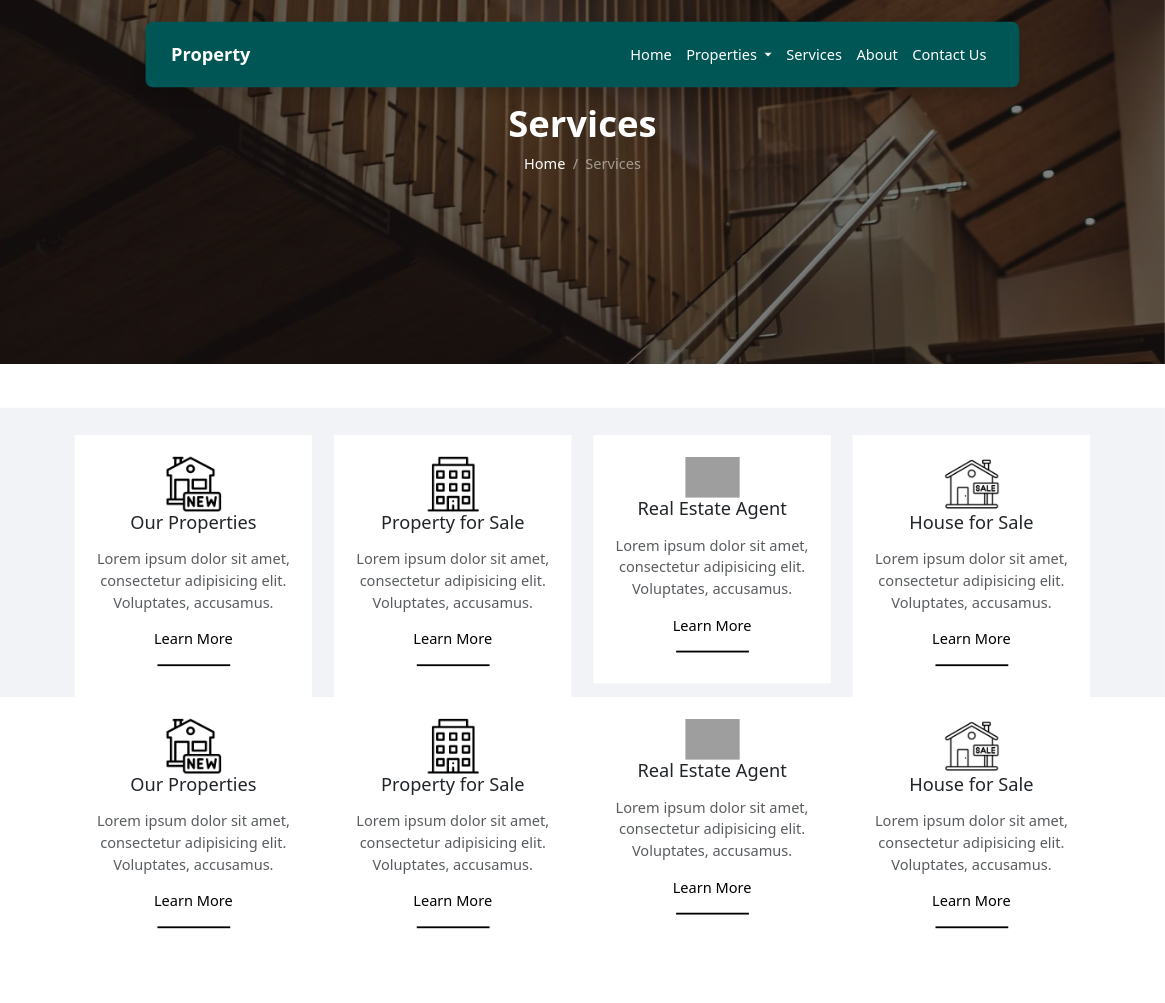
Repository: sameerrrrkhan911-git/Property
Page: service.html
An editor plug-in stored every save of this project. The page is shown before and after a run of saves, followed by the edit.
The browser window is 1280 px wide. The pictures show the whole page, at 91% of full size.
Pictures or frames that could not be fetched are drawn as grey boxes. Some web libraries are served in a nearby version.

Above is the page before, as saved 2025-09-28 16:39:06.

After the next 2 saves:
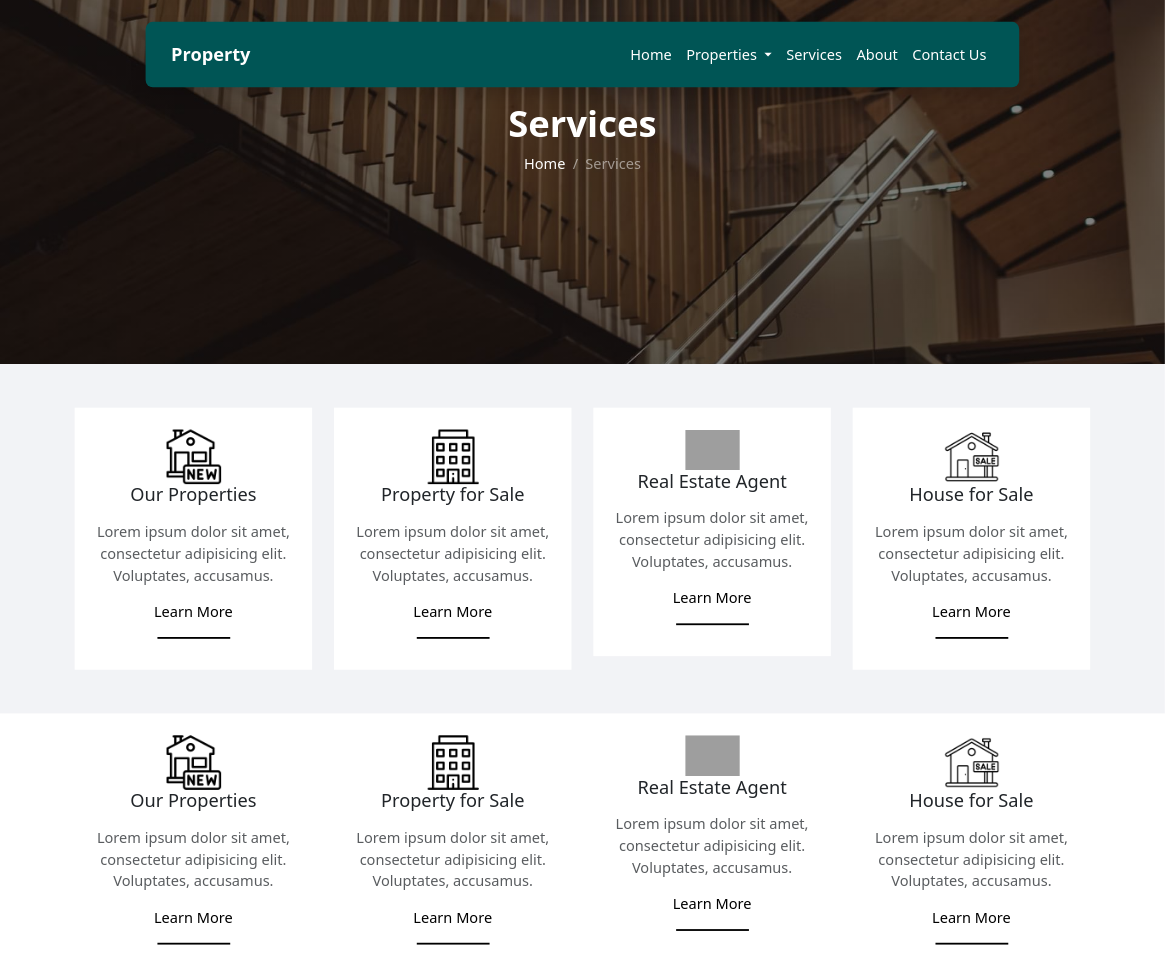
The 2 saves are shown as one change because they came seconds apart.
The last was saved 16 s later.
--- a/service.html
+++ b/service.html
@@ -96,8 +96,8 @@
 
         <!-- Features -->
 
-        <section class="py-5">
-            <section class="features-1 ">
+        <section class="py-5 features-1">
+
                 <div class="container">
                     <div class="row g-4">
 
